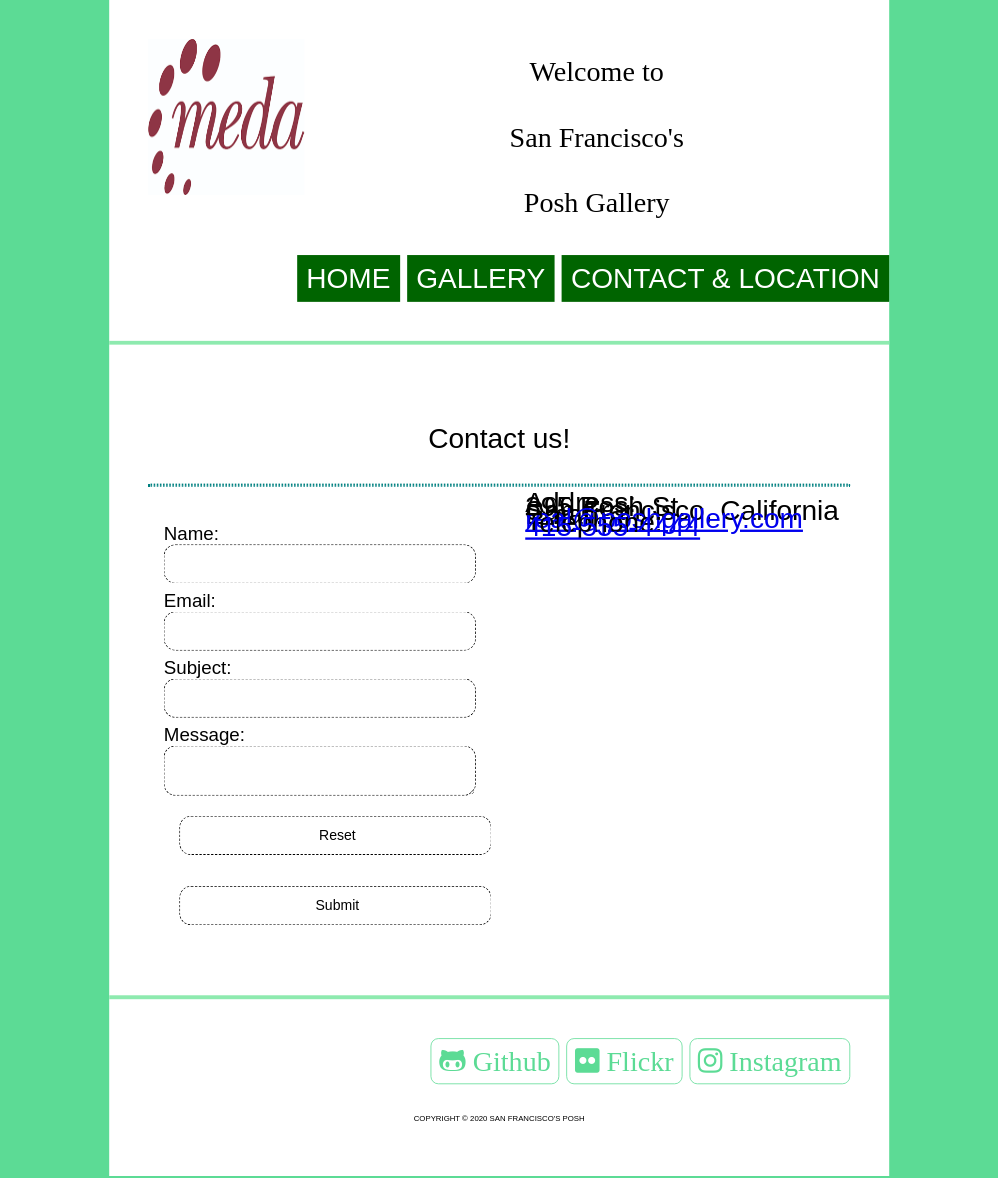
Repository: seleniadelgado/meda-spring2020-angie
Page: practice/html/week_4/multipage-css/contact.html
An editor plug-in stored every save of this project. The page is shown before and after the next save, followed by the edit.
The browser window is 1280 px wide. The pictures show the whole page, at 78% of full size.

Above is the page before, as saved 2020-02-13 11:46:00.

### practice/html/week_4/multipage-css/contact.html
<!DOCTYPE html>
<html lang="en">
<head>
    <meta charset=utf-8>
    <title>SF's Posh Gallery | Homepage</title>
    <meta name="viewport" content="width=device-width, initial-scale=1">
    <link rel="stylesheet" type="text/css" href="styles/reset.css">
    <link rel="stylesheet" type="text/css" href="styles/all.min.css">
    <link rel="stylesheet" type="text/css" href="styles/style.css">

</head>
<body>
    <header>
        <div>
            <a href="index.html"><img id="logo" src="images/logo.png" alt="logo" width="200" height="200"></a>
        </div>
        <div id="title-container">
            <h1>Welcome to<br>San Francisco's<br>Posh Gallery</h1>
        </div>
        <nav>
            <ul>
                <li><a href="index.html">Home</a></li>
                <li><a href="gallery.html">Gallery</a></li>
                <li><a href="index.html">Contact & Location</a></li>
            </ul>
        </nav>
    </header>

    <main id="contact">
        <h1>Contact us!</h1>
        <hr/>
        <div id="contact-flexbox">
            <!--div:first-child selects the following: -->
            <div>
                <form id="contact-form" action="#">
                    <label for="name">Name: </label>
                    <input type="text" id="name">
                    <br>
                    <label for="email">Email: </label>
                    <input type="text" id="email">
                    <br>
                    <label for="subject">Subject: </label>
                    <input type="text" id="subject">
                    <br>
                    <label for="message">Message:</label>
                    <textarea id="message"></textarea>
                    <br>
                    <input class="form-buttons" type="reset">
                    <input class="form-buttons" type="submit">
                </form>
            </div>
            <!--div:last-child selects the following:-->
            <div>

                <dl id="additional-info">
                    <dt>Address:</dt>
                    <dd>395 Posh St. <br> San Francisco, California</dd>
                    <dt>Email:</dt>
                    <!--anchor element <a href="mailto:realemail"> around email so it is clickable-->
                    <dd><a href="mailto:real@posh.com">real@poshgallery.com</a></dd>
                    <dt>Telephone:</dt>
                    <dd><a href="tel:415-555-4444">415-555-4444</a></dd>
                </dl>
            </div>
        </div>
    </main>

    <footer>
        <section id="social-links">
            <ul>
                <div class="lis">
                <li><a href="https://www.github.com"><i class="fab fa-github-alt"></i> Github</a></li>
                <li><a href="https://www.flickr.com"><i class="fab fa-flickr"></i> Flickr</a></li>
                <li><a href="https://www.Instagram.com"><i class="fab fa-instagram"></i> Instagram</a></li>
                </div>
            </ul>
        </section>
        <section>
            <p id="copyright">Copyright &copy; 2020 San Francisco's Posh</p>
        </section>
    </footer>
</body>

</html>

### practice/html/week_4/multipage-css/styles/style.css
body {
    background-color: #5cdb95;
    color: black;
}
header, main, footer {
    width: 900px;
    background-color: white;
    margin: 0 auto;
    padding: 50px;
    font-size: 36px;
}
/* Header style start*/
header {
    padding-right: 0;
    width: 950px;
}
header, main {
    border-bottom: #8EEaAF 5px solid;
}
header h1 {
    font-family: "Zapfino";
    font-size: "48px";
    text-align: center;
    color: darkslategray
    text-shadow: darkolivegreen;
    line-height: 84px;
}
#logo {
    float: left;
}
#little-container{
    margin-left: 200px;
}
nav ul li {
    display: inline-block;
    background-color: #8EEaAF;
    padding: 12px;
    margin-top: 25px;
    color: white;
    text-transform: uppercase;
    font-family: Arial, Helvetica, sans-serif;
}
nav ul li {
    background-color: darkgreen;
}
nav ul {
    text-align: right;
}
nav ul li a{
    text-decoration: none;
}
nav ul li a:link {
    color: white;
}

nav ul li a:visited{
    color: white;
}
nav ul li a:hover {
    text-decoration: none;
    color: #8EEaAF;
}

nav ul li a:active {
    color: darkgray;
}


/* header style ends */

/*Footer style starts*/
footer p {
    color: black;
    font-family: "Arial";
    line-height: 48px;
}
#copyright {
    text-align: center;
    font-size: 10px;
    text-transform: uppercase;
}
#social-links ul{
    text-align: right;
    margin-bottom: 20px;
}
#social-links ul li {
    display: inline-block;
    border: solid 1px #5cdb95;
    border-radius: 10px;;
    padding: 10px;
}
#social-links ul a:hover, #social-links ul li:hover {
    color: white;
    background-color: #8EEaAF;
}
#social-links ul li a {
    text-decoration: none;
    color: #5cdb95;;
}

/*Footer style ends*/
/*Main default styles*/
main {
    font-family: Arial;
    color: black;
}
main h1 {
    font-family: "Zapfino"
    font-size: 36px;
    text-align: center;
    line-height: 80px;
    margin-top: 30px;
}
main p {
    font-size: 24px;
}
/*main default style ends*/


/* homepage style start*/
main#homepage p {
    margin: 20px;
    line-height: 30px;
    text-align: justify;
}
/* homepage style end*/
/* gallery style end*/
#gallery div{
    display: flex;
    flex-wrap: wrap;
    justify-content: space-around;
    margin: 20px;
}
#gallery div img{
    width: 200px;
    height: 300px;
}
/*gallery end*/

/*contact start*/
#contact > hr {
    border: dotted 2px teal;
}
#contact-flexbox {
    display: flex;
}

#contact-flexbox div:first-child {
    flex-grow: 3;
}

#contact-flexbox div:last-child {
    flex-grow: 1;
    background-color: ;

}

#contact-form {
    width: 400px;
    margin: 20px;
}

#contact-form label {
    font-size: 24px;
}

#contact-form input {
    border: dashed 1px black;
    width: 400px;
    height: 50px;
    border-radius: 15px;
    box-sizing: border-box;
    font-size: 18px;
    color: black;
    padding-left: 11px;
    background-color: white;
}
.form-buttons {
    margin: 20px;
    color: turquoise;
    font-size: 18px;
    width: 360px;

}
#contact-form .form-buttons:hover {
    border: solid blue 5px;
}
#contact-form textarea {
    border: dashed 1px black;
    color: turquoise;
    border-radius: 15px;
    width: 100%;
    box-sizing: border-box;
    padding: 11px;
    font-size: 18px;
}
#additional-info {
    line-height: 5px;
}
/*contact end*/

Loaded but not shown: practice/html/week_4/multipage-css/styles/reset.css (common file); practice/html/week_4/multipage-css/styles/all.min.css (library)

After the next save:
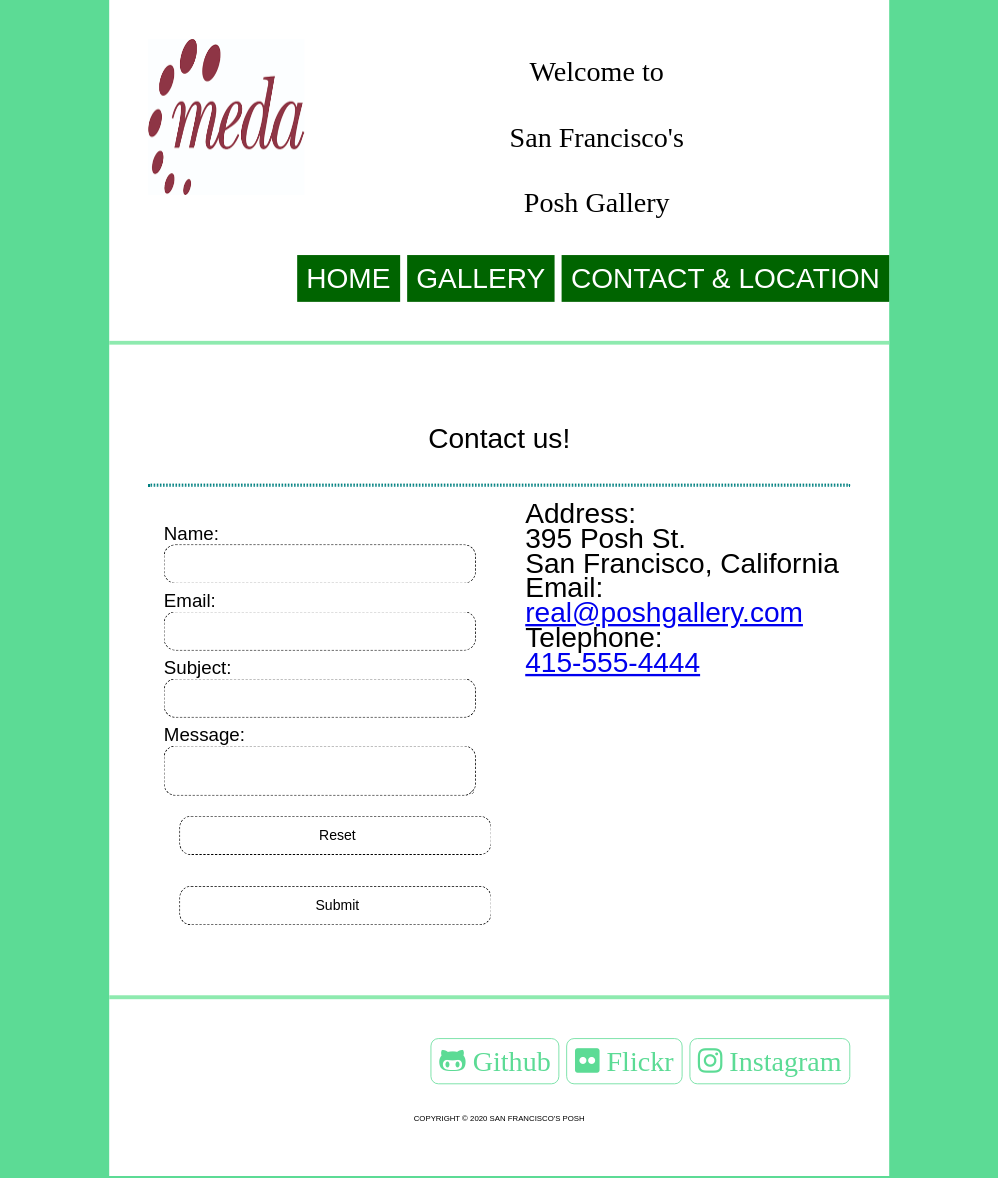
Saved 11 s later.
--- a/practice/html/week_4/multipage-css/styles/style.css
+++ b/practice/html/week_4/multipage-css/styles/style.css
@@ -195,6 +195,6 @@ main#homepage p {
     font-size: 18px;
 }
 #additional-info {
-    line-height: 5px;
+    line-height: 32px;
 }
 /*contact end*/
